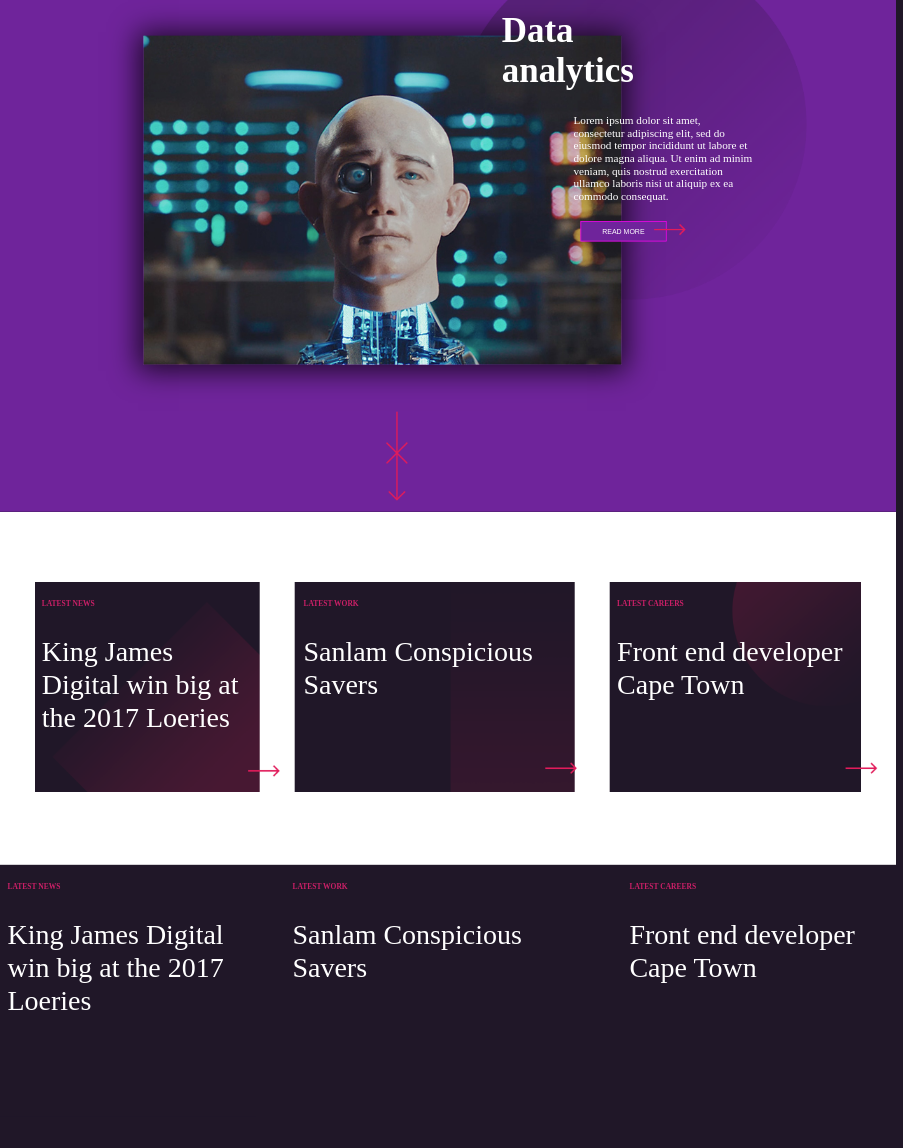
Repository: Ajtheult/King-James-Site
Page: index.html
The author's editor kept a copy of each file at every save. The page is drawn from the files as they stood at one save, then again after the next save.
The browser window is 1280 px wide. The page is 1290 px wide, so the pictures cover 1290 px, including what lies to the right of the window. The pictures show the part of the page from y = 2579 to 4459 px (the page is 4219 px tall before and 4459 px after), at 70% of full size.
Some web fonts or font styles are not loaded; a fallback is used. The style sheet was rebuilt from its Sass, Less or Tailwind sources for each picture, by a compiler version that may differ from the author's.

Above is the page before, as saved 2020-08-21 15:06:11.

### index.html
<!DOCTYPE html>
<html lang="en">
  <head>
    <meta charset="UTF-8" />
    <meta name="viewport" content="width=device-width, initial-scale=1.0" />
    <!-- Font Awesome -->
    <link
      rel="stylesheet"
      href="https://use.fontawesome.com/releases/v5.7.2/css/all.css"
      integrity="sha384-fnmOCqbTlWIlj8LyTjo7mOUStjsKC4pOpQbqyi7RrhN7udi9RwhKkMHpvLbHG9Sr"
      crossorigin="anonymous"
    />
    <!-- Font Awesome -->
    <!-- Fonts -->
    <link
      href="https://fonts.googleapis.com/css2?family=Playfair+Display&display=swap"
      rel="stylesheet"
    />
    <link
      href="https://fonts.googleapis.com/css2?family=Gruppo&display=swap"
      rel="stylesheet"
    />
    <!-- Fonts -->
    <link rel="stylesheet" href="./styling/index.css" />
    <title>King James</title>
  </head>
  <body>
    <div class="box">
      <i class="fas fa-bars move_icon"></i>
      <img
        src="./kjd-fontend-test-files/kjd-assets/kjd-logo.png"
        alt="img"
        class="heading"
      />
      <img
        src="./kjd-fontend-test-files/kjd-assets/arrow-down.png"
        alt=""
        srcset=""
        class="white_arrow"
      />
    </div>
    <div class="box_two">
      <div>
        We offer an interconnected set of services to help our clients respond
        to the disruptions and seize the opportunities of the digital age.
        <button type="button">ABOUT US</button>
        <img
          src="./kjd-fontend-test-files/kjd-assets/arrow-right.png"
          alt="arrow"
          class="arrow_by_button"
        />
      </div>
    </div>
    <!-- Second section -->
    <div class="box_three">
      <img
        src="./kjd-fontend-test-files/kjd-assets/missing.png"
        alt="cross"
        class="move_cross"
      />
      <div class="text-box">
        <h1 class="title">Advertising communications</h1>
        <p>
          Lorem ipsum dolor sit amet, consectetur adipiscing elit, sed do
          eiusmod tempor incididunt ut labore et dolore magna aliqua. Ut enim ad
          minim veniam, quis nostrud exercitation ullamco laboris nisi ut
          aliquip ex ea commodo consequat.
        </p>
        <button type="button">READ MORE</button>
        <img
          src="./kjd-fontend-test-files/kjd-assets/arrow-right.png"
          alt="arrow"
          class="arrow_by_button"
        />
      </div>
      <img
        src="./kjd-fontend-test-files/kjd-assets/hex-gradient.png"
        alt="hex"
        class="move_hex"
      />
      <img
        src="./kjd-fontend-test-files/kjd-assets/arrow-glyph.png"
        alt="arrow"
        class="cross_arrow"
      />
      <img
        src="./kjd-fontend-test-files/kjd-assets/image-slider-1.jpg"
        alt="people"
        class="people"
      />
      <img
        src="./kjd-fontend-test-files/kjd-assets/glyph.png"
        alt="squiggle"
        class="squiggle"
      />
    </div>
    <div class="box_four">
      <img
        src="./kjd-fontend-test-files/kjd-assets/circle-gradient.png"
        alt="circle"
        class="circle"
      />
      <img
        src="./kjd-fontend-test-files/kjd-assets/image-slider-2.jpg"
        alt="robot"
        class="robot"
      />
      <div class="text-box-2">
        <h1 class="title_of_robot">Data analytics</h1>
        <p>
          Lorem ipsum dolor sit amet, consectetur adipiscing elit, sed do
          eiusmod tempor incididunt ut labore et dolore magna aliqua. Ut enim ad
          minim veniam, quis nostrud exercitation ullamco laboris nisi ut
          aliquip ex ea commodo consequat.
        </p>
        <button type="button">READ MORE</button>
        <img
          src="./kjd-fontend-test-files/kjd-assets/arrow-right.png"
          alt="arrow"
          class="arrow_by_button"
        />
      </div>
      <img
        src="./kjd-fontend-test-files/kjd-assets/arrow-glyph-2.png"
        alt="arrowtwo"
        class="arrow_with_cross"
      />
    </div>
    <div class="box_five">
      <div class="grid-container">
        <div class="grid-item num_one">
          <h6>LATEST NEWS</h6>
          <p>King James Digital win big at the 2017 Loeries</p>
          <img
            src="./kjd-fontend-test-files/kjd-assets/arrow-right.png"
            alt="right_arrow"
            class="first_arrow"
          />
        </div>
        <div class="grid-item num_two">
          <h6>LATEST WORK</h6>
          <p>
            Sanlam Conspicious Savers
          </p>
          <img
            src="./kjd-fontend-test-files/kjd-assets/arrow-right.png"
            alt="right_arrow"
            class="second_arrow"
          />
        </div>
        <div class="grid-item num_three">
          <h6>LATEST CAREERS</h6>
          <p>Front end developer Cape Town</p>
          <img
            src="./kjd-fontend-test-files/kjd-assets/arrow-right.png"
            alt="right_arrow"
            class="third_arrow"
          />
        </div>
      </div>
    </div>
    <footer class="box_six">
      <div class="grid-container">
        <div class="grid-item num_one_two">
          <h6>LATEST NEWS</h6>
          <p>King James Digital win big at the 2017 Loeries</p>
        </div>
        <div class="grid-item num_two_two">
          <h6>LATEST WORK</h6>
          <p>
            Sanlam Conspicious Savers
          </p>
        </div>
        <div class="grid-item num_three_two">
          <h6>LATEST CAREERS</h6>
          <p>Front end developer Cape Town</p>
        </div>
      </div>
    </footer>
  </body>
</html>

### styling/index.scss
body {
  margin: 0;
  padding: 0;
  background-color: rgb(32, 23, 40);
}

.box {
  background-image: url(../kjd-fontend-test-files/kjd-assets/hearo-top.jpg);
  background-position: center;
  background-size: cover;
  height: 120vh;
  clip-path: polygon(0 0, 100% 0%, 100% 100%, 0 92%);
  .heading {
    color: black;
    position: absolute;
    top: 50%;
    left: 50%;
    transform: translate(-50%, -50%);
    text-align: center;
  }
  .move_icon {
    color: white;
    margin-left: 98%;
    margin-top: 1%;
  }
  .white_arrow {
    top: 95%;
    left: 50%;
    transform: translate(-50%, -50%);
    position: absolute;
  }
}

.box_two {
  background-color: rgb(111, 36, 155);
  height: 50%;
  width: 70%;
  position: absolute;
  top: 68%;
  left: 50%;
  transform: translate(-50%, -50%);
  margin-top: 420px;
  clip-path: polygon(0 0, 100% 0, 100% 87%, 0% 100%);
  div {
    font-size: 265%;
    font-family: "Playfair Display", serif;
    text-align: center;
    color: white;
    margin-top: 2%;
    position: absolute;
    padding-left: 10%;
    padding-right: 10%;
  }
  button {
    border: 1px solid rgb(255, 0, 242);
    background-color: rgb(111, 36, 155);
    color: white;
    padding: 8px 30px;
    font-size: 10px;
    position: absolute;
    transform: translate(-70%, 270%);
  }
  .arrow_by_button {
    transform: translate(30%, 340%);
  }
}

.box_three {
  margin-top: 50%;
  .move_cross {
    position: absolute;
    top: 170%;
    left: 50%;
    transform: translate(-50%, -50%);
    z-index: -1;
  }
  .move_hex {
    transform: translate(90%, -125%);
    // z-index: -1;
  }
  .people {
    transform: translate(20%, -102%);
  }
  .squiggle {
    transform: translate(20%, -720%);
  }
  .cross_arrow {
    transform: translate(50%, -300%);
  }
  .text-box {
    transform: translate(95%, -80%);
    width: 20%;
    // z-index: 2;
    .title {
      font-size: 350%;
      color: white;
    }
    p {
      color: white;
      font-family: "Gruppo", cursive;
    }
    button {
      border: 1px solid rgb(255, 0, 242);
      background-color: rgb(32, 23, 40);
      color: white;
      padding: 8px 30px;
      font-size: 10px;
      position: absolute;
      transform: translate(0%, 50%);
    }
    .arrow_by_button {
      transform: translate(230%, 130%);
    }
  }
}

.box_four {
  height: 150vh;
  background-color: rgb(111, 36, 155);
  margin-top: -100px;
  clip-path: polygon(0 9%, 150% 0%, 100% 100%, 0% 100%);
  .circle {
    position: absolute;
    transform: translate(130%, 55%);
  }
  .robot {
    transform: translate(30%, 85%);
    -webkit-box-shadow: -1px 2px 38px 7px rgba(0, 0, 0, 0.75);
    -moz-box-shadow: -1px 2px 38px 7px rgba(0, 0, 0, 0.75);
    box-shadow: -1px 2px 38px 7px rgba(0, 0, 0, 0.75);
  }
  .text-box-2 {
    transform: translate(300%, -50%);
    width: 20%;
    // z-index: 2;
    .title_of_robot {
      font-size: 312%;
      color: white;
      transform: translate(-20%, 10%);
    }
    p {
      color: white;
      font-family: "Gruppo", cursive;
      transform: translate(20%, 10%);
    }
    button {
      border: 1px solid rgb(255, 0, 242);
      background-color: rgb(111, 36, 155);
      color: white;
      padding: 8px 30px;
      font-size: 10px;
      position: absolute;
      transform: translate(50%, 80%);
    }
    .arrow_by_button {
      transform: translate(370%, 170%);
    }
  }
  .arrow_with_cross {
    float: right;
    transform: translate(-2250%, 95%);
  }
}

.box_five {
  height: 70vh;
  background-color: white;
  .grid-container {
    display: grid;
    grid-column-gap: 50px;
    grid-template-columns: auto auto auto;
    padding-top: 100px;
    padding-left: 50px;
    padding-right: 50px;
    .grid-item {
      height: 300px;
      text-align: center;
      background-position: center;
      background-size: cover;
      h6 {
        color: rgb(204, 32, 104);
        text-align: left;
        padding-left: 3%;
        font-family: "Gruppo", cursive;
      }
      p {
        color: white;
        font-size: 250%;
        width: 90%;
        text-align: left;
        padding-left: 3%;
      }
    }
    .num_one {
      background-image: url(../kjd-fontend-test-files/kjd-assets/bg-square-gradient.png);
      .first_arrow {
        transform: translate(370%, 30%);
      }
    }
    .num_two {
      background-image: url(../kjd-fontend-test-files/kjd-assets/bg-rectangle-gradient.png);
      .second_arrow {
        transform: translate(400%, 300%);
      }
    }
    .num_three {
      background-image: url(../kjd-fontend-test-files/kjd-assets/bg-circle-gradient.png);
      .third_arrow {
        transform: translate(400%, 300%);
      }
    }
  }
}

.box_six {
  height: 50vh;
  .grid-container {
    display: grid;
    grid-column-gap: 50px;
    grid-template-columns: auto auto auto;

    .grid-item {
      height: 300px;
      text-align: center;
      background-position: center;
      background-size: cover;
      h6 {
        color: rgb(204, 32, 104);
        text-align: left;
        padding-left: 3%;
        font-family: "Gruppo", cursive;
      }
      p {
        color: white;
        font-size: 250%;
        width: 90%;
        text-align: left;
        padding-left: 3%;
      }
    }
    .num_one_two {
      .first_arrow {
        transform: translate(370%, 30%);
      }
    }
    .num_two_two {
      .second_arrow {
        transform: translate(400%, 300%);
      }
    }
    .num_three_two {
      .third_arrow {
        transform: translate(400%, 300%);
      }
    }
  }
}

// Mobile
@media (max-width: 910px) {
  .box {
    background-image: url(../kjd-fontend-test-files/kjd-assets/hearo-top.jpg);
    background-position: center;
    background-size: cover;
    height: 120vh;
    clip-path: polygon(0 0, 100% 0, 100% 100%, 0 89%);
    .heading {
      color: black;
      position: absolute;
      top: 50%;
      left: 50%;
      transform: translate(-50%, -50%);
      text-align: center;
    }
    .move_icon {
      color: white;
      margin-left: 96%;
      margin-top: 1%;
    }
    .white_arrow {
      top: 93%;
      left: 50%;
      transform: translate(-50%, -50%);
      position: absolute;
    }
  }
  .box_two {
    background-color: rgb(111, 36, 155);
    height: 50%;
    width: 70%;
    position: absolute;
    top: 70%;
    left: 50%;
    transform: translate(-50%, -50%);
    margin-top: 420px;
    clip-path: polygon(0 0, 100% 0, 100% 87%, 0% 100%);
    div {
      font-size: 140%;
      font-family: "Playfair Display", serif;
      text-align: center;
      color: white;
      margin-top: 5%;
      position: absolute;
      padding-left: 10%;
      padding-right: 10%;
    }
    button {
      border: 1px solid rgb(255, 0, 242);
      background-color: rgb(111, 36, 155);
      color: white;
      padding: 8px 30px;
      font-size: 10px;
      position: absolute;
      transform: translate(-90%, 270%);
    }
    .arrow_by_button {
      transform: translate(-10%, 450%);
    }
  }
  // Box 3
  .box_three {
    margin-top: 850px;
    .move_cross {
      position: absolute;
      top: 170%;
      left: 50%;
      transform: translate(-50%, -50%);
      z-index: -1;
    }
    .move_hex {
      transform: translate(90%, -125%);
      width: 50%;
      height: 50%;
      // z-index: -1;
    }
    .people {
      transform: translate(20%, -102%);
    }
    .squiggle {
      transform: translate(20%, -720%);
    }
    .cross_arrow {
      transform: translate(50%, -300%);
    }
    .text-box {
      transform: translate(95%, -80%);
      width: 20%;
      // z-index: 2;
      .title {
        font-size: 350%;
        color: white;
      }
      p {
        color: white;
        font-family: "Gruppo", cursive;
      }
      button {
        border: 1px solid rgb(255, 0, 242);
        background-color: rgb(32, 23, 40);
        color: white;
        padding: 8px 30px;
        font-size: 10px;
        position: absolute;
        transform: translate(0%, 50%);
      }
      .arrow_by_button {
        transform: translate(230%, 130%);
      }
    }
  }

  .box_four {
    height: 100vh;
    background-color: rgb(111, 36, 155);
    margin-top: -200px;
    clip-path: polygon(0 9%, 100% 0%, 100% 100%, 0% 100%);
  }
}

After the next save:
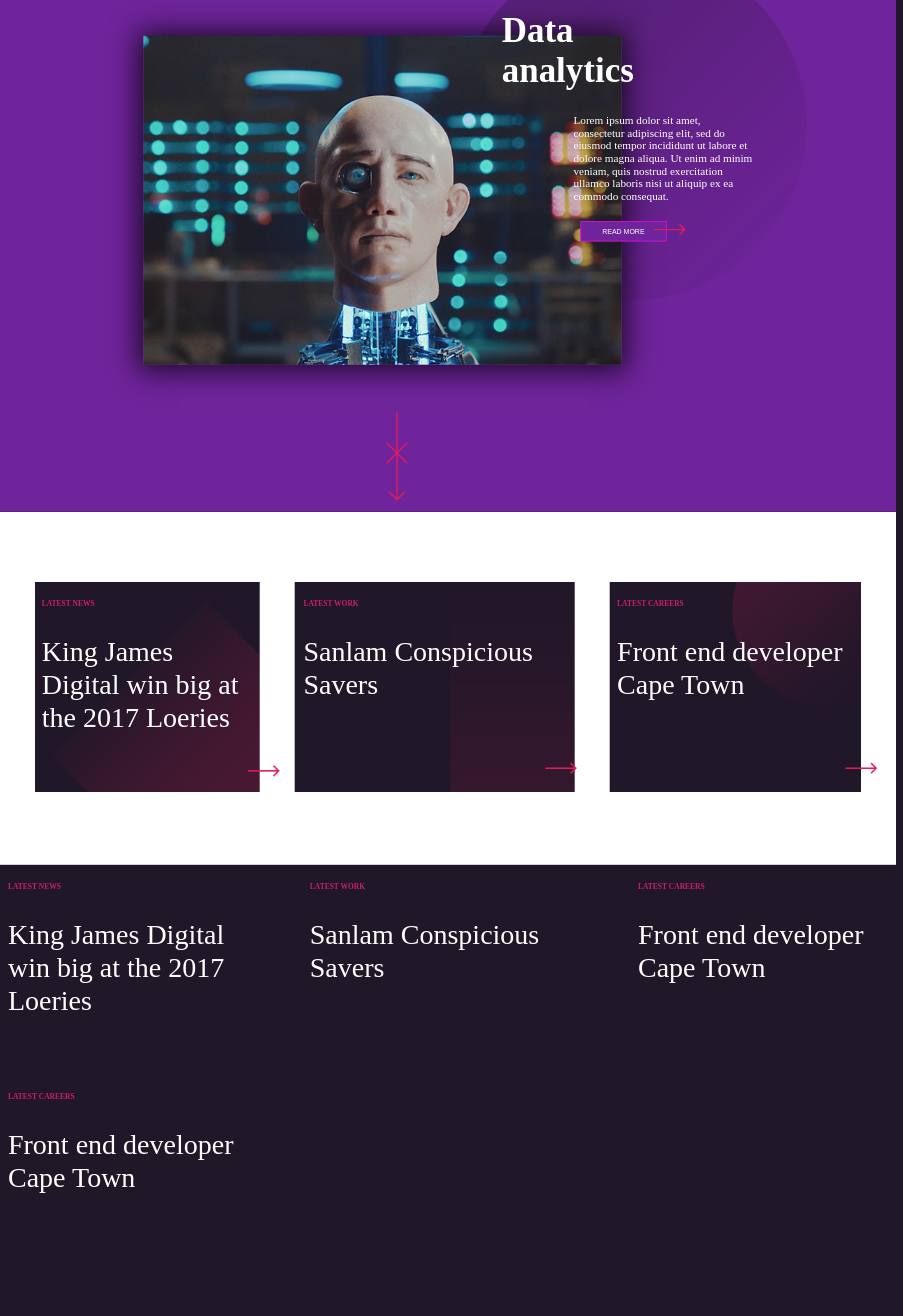
Saved 54 s later.
--- a/index.html
+++ b/index.html
@@ -175,6 +175,10 @@
           <h6>LATEST CAREERS</h6>
           <p>Front end developer Cape Town</p>
         </div>
+        <div class="grid-item num_four_two">
+          <h6>LATEST CAREERS</h6>
+          <p>Front end developer Cape Town</p>
+        </div>
       </div>
     </footer>
   </body>
